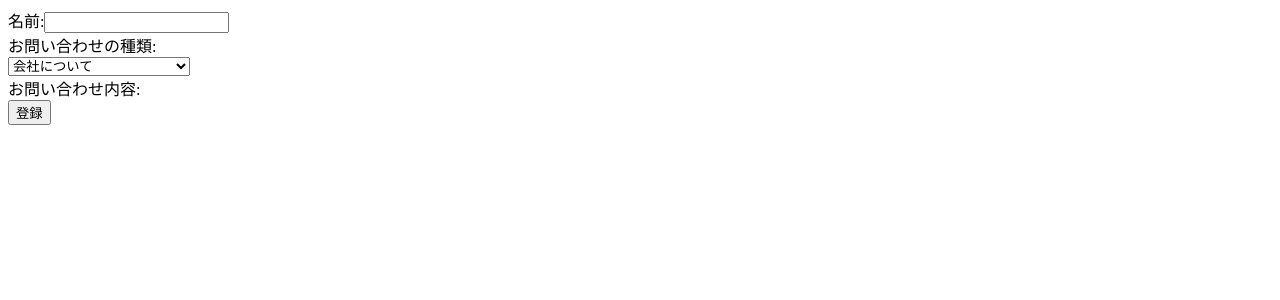
Repository: Rush-light/backup
Page: http://localhost/Helloservlet/inquiry.jsp
The author's editor kept a copy of each file at every save. The page is drawn from the files as they stood at one save, then again after the next save.
The browser window is 1280 px wide. The pictures show the whole page.
The page is served by Tomcat 9. Other server files are loaded and not shown.

Above is the page before, as saved 2018-02-16 12:19:21.

### Helloservlet/WebContent/inquiry.jsp
<%@ page language="java" contentType="text/html; charset=UTF-8"
    pageEncoding="UTF-8"%>
<!DOCTYPE html PUBLIC "-//W3C//DTD HTML 4.01 Transitional//EN" "http://www.w3.org/TR/html4/loose.dtd">
<html>
<head>
<meta http-equiv="Content-Type" content="text/html; charset=UTF-8">
<title>お問い合わせフォーム</title>
</head>
<body>

<form method="post" action="InquiryServlet">
名前:<input type="text" name="name"/><br>
お問い合わせの種類:<br>
<select name="qtype">
	<option value="company">会社について</option>
	<option value="product">製品について</option>
	<option value="support">アフターサポートについて</option>
</select>
<br>
お問い合わせ内容:

	<s:textarea name="body"/>
	<br> <input type="submit" value="登録"/>
</form>


</body>
</html>

After the next save:
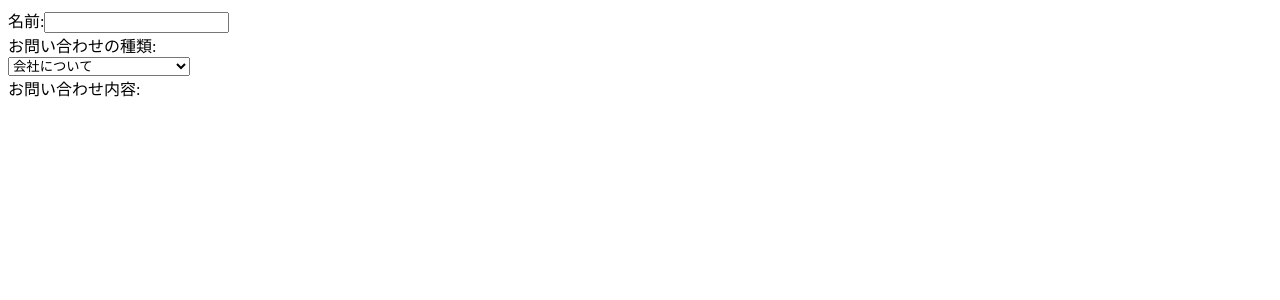
Saved 40 s later.
--- a/Helloservlet/WebContent/inquiry.jsp
+++ b/Helloservlet/WebContent/inquiry.jsp
@@ -20,7 +20,7 @@
 お問い合わせ内容:
 
 	<s:textarea name="body"/>
-	<br> <input type="submit" value="登録"/>
+	<br> <s:submit value="登録"/>
 </form>
 
 
